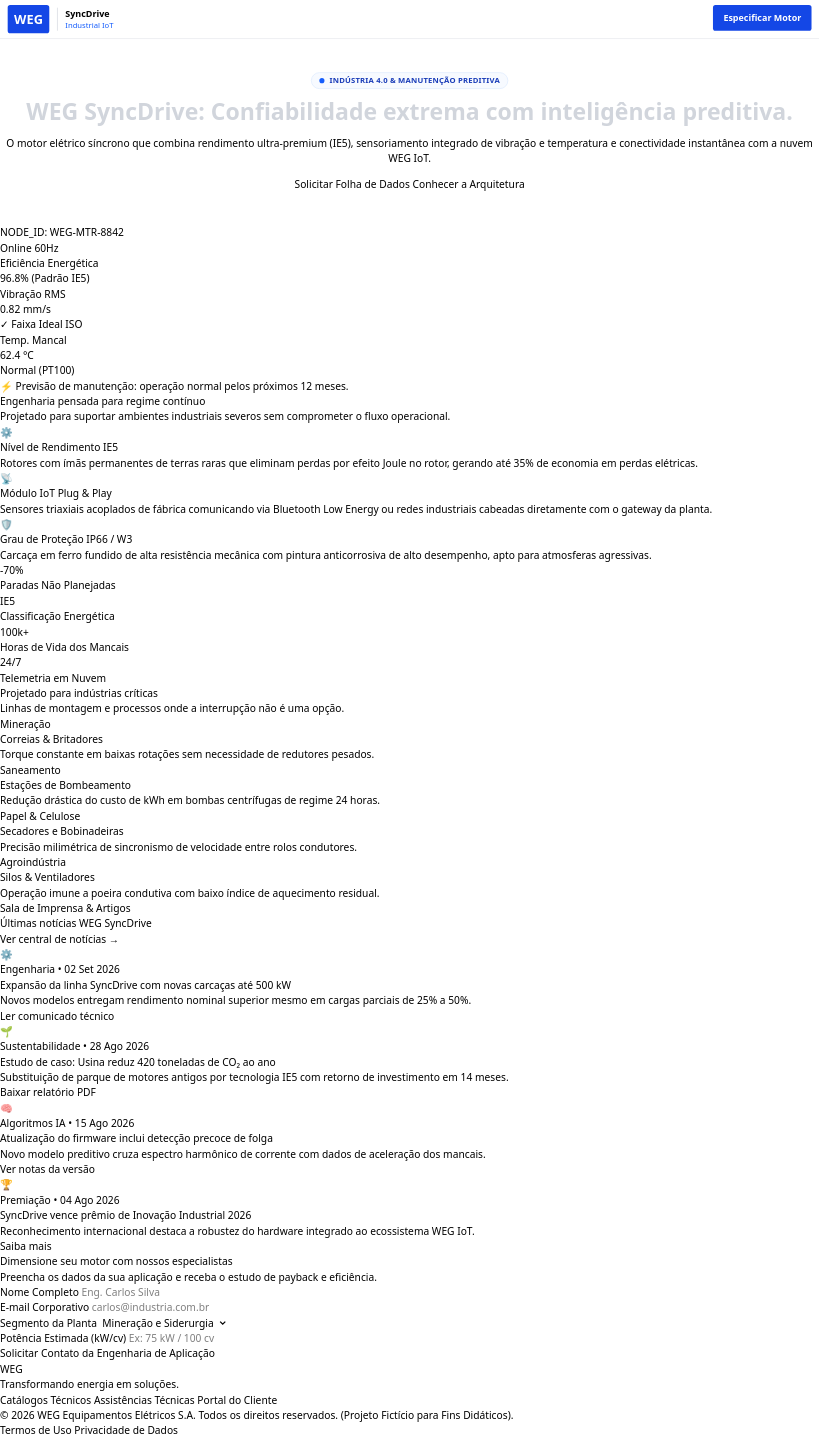
Repository: PatriciaHorst/tailwind-base
Page: index.html
The author's editor kept a copy of each file at every save. The page is drawn from the files as they stood at one save, then again after the next save.
The browser window is 1280 px wide. The pictures show the whole page, at 64% of full size.

Above is the page before, as saved 2026-09-08 20:01:08.

After the next save:
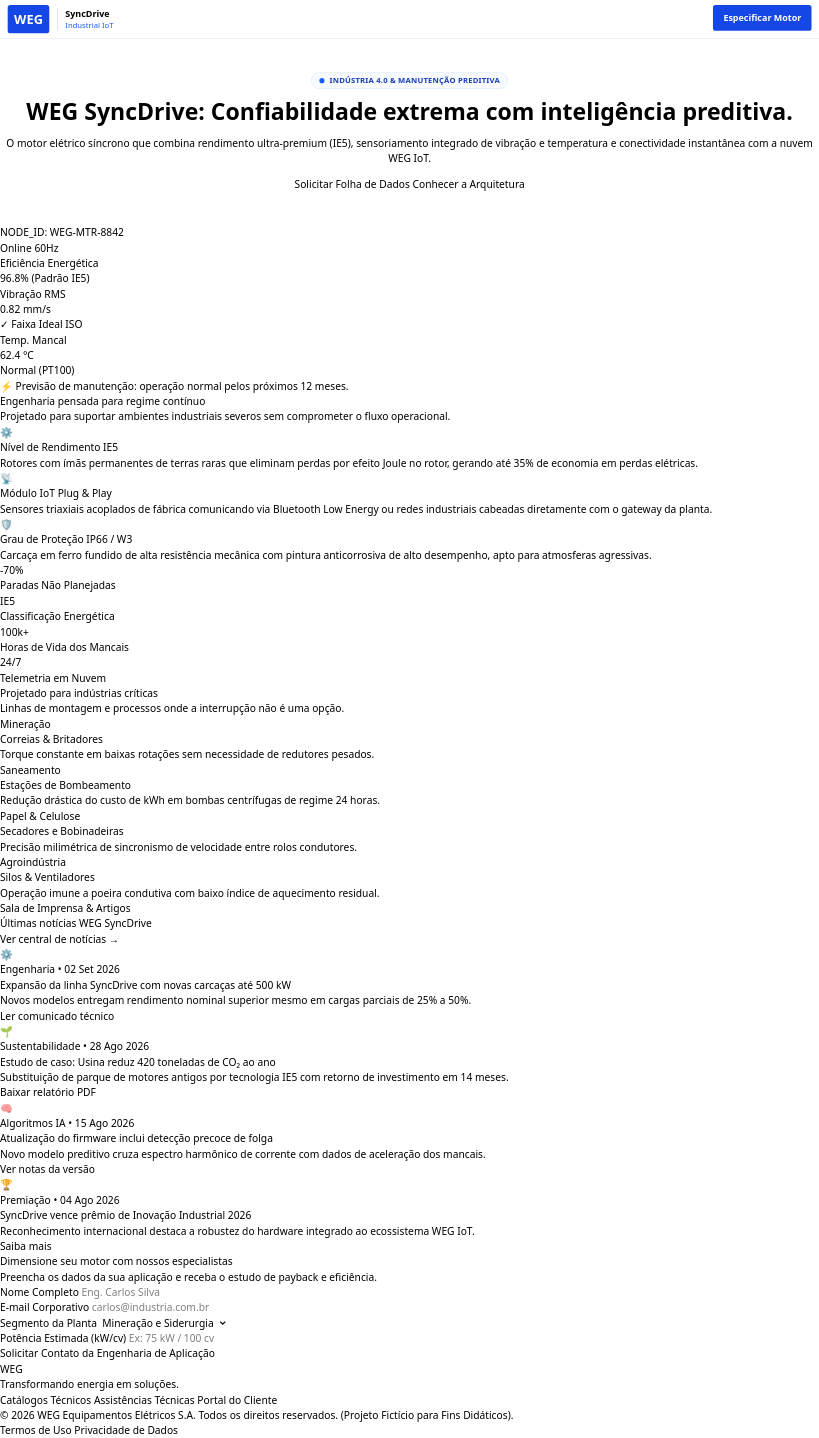
Saved 5 s later.
--- a/index.html
+++ b/index.html
@@ -60,7 +60,7 @@
               <span class="h-2 w-2 rounded-full bg-blue-600"></span>
               <span>INDÚSTRIA 4.0 & MANUTENÇÃO PREDITIVA</span>
             </div>
-            <h1 class="flex flex-col text-center text-4xl font-black px-1 gap-2 text-gray-300">WEG SyncDrive: Confiabilidade extrema com inteligência preditiva.</h1>
+            <h1 class="flex flex-col text-center text-4xl font-black px-1 gap-2 ">WEG SyncDrive: Confiabilidade extrema com inteligência preditiva.</h1>
             <p class=" mx-0.5 text-center">
               O motor elétrico síncrono que combina rendimento ultra-premium (IE5), sensoriamento integrado de vibração e temperatura e conectividade instantânea com a nuvem WEG IoT.
             </p>

After the save that followed:
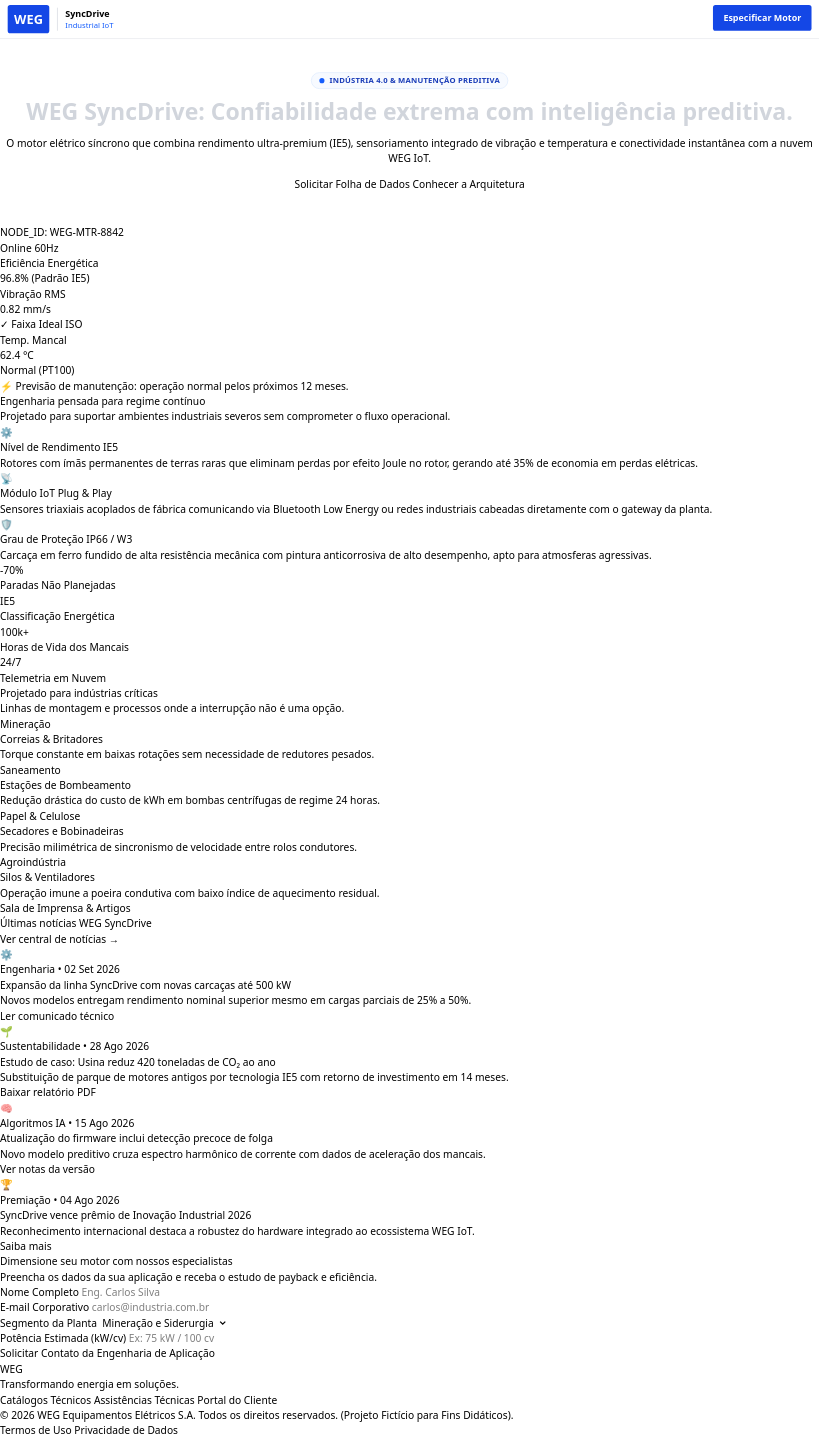
Saved 5 s later.
--- a/index.html
+++ b/index.html
@@ -60,7 +60,7 @@
               <span class="h-2 w-2 rounded-full bg-blue-600"></span>
               <span>INDÚSTRIA 4.0 & MANUTENÇÃO PREDITIVA</span>
             </div>
-            <h1 class="flex flex-col text-center text-4xl font-black px-1 gap-2 ">WEG SyncDrive: Confiabilidade extrema com inteligência preditiva.</h1>
+            <h1 class="flex flex-col text-center text-gray-300 text-4xl font-black px-1 gap-2 ">WEG SyncDrive: Confiabilidade extrema com inteligência preditiva.</h1>
             <p class=" mx-0.5 text-center">
               O motor elétrico síncrono que combina rendimento ultra-premium (IE5), sensoriamento integrado de vibração e temperatura e conectividade instantânea com a nuvem WEG IoT.
             </p>
